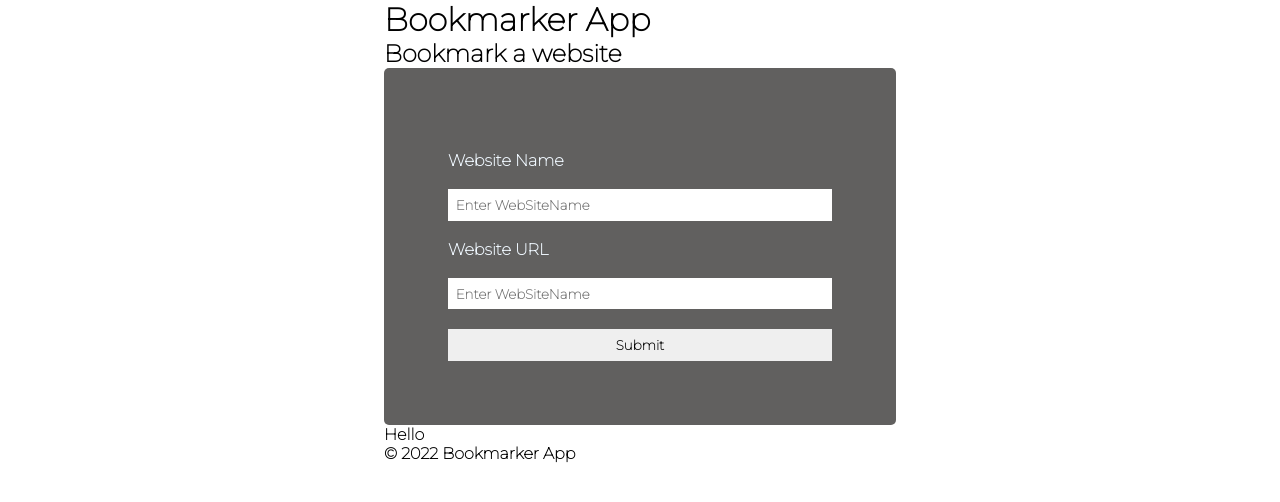
Repository: Suporl9/BookMarkerApp
Page: index.html
An editor plug-in stored every save of this project. The page is shown before and after the next save, followed by the edit.
The browser window is 1280 px wide. The pictures show the whole page.

Above is the page before, as saved 2021-11-21 21:05:05.

### index.html
<!DOCTYPE html>
<html lang="en">
  <head>
    <meta charset="UTF-8" />
    <meta http-equiv="X-UA-Compatible" content="IE=edge" />
    <meta name="viewport" content="width=device-width, initial-scale=1.0" />
    <link rel="stylesheet" href="./style.css" />
    <title>Document</title>
  </head>
  <body>
    <div class="container">
      <div class="innerContainer">
        <div class="ininContainer">
          <div class="bookmarkerSection"><h1>Bookmarker App</h1></div>
          <div class="vh"></div>
          <div class="formInput">
            <form class="formSec">
              <h2>Bookmark a website</h2>
              <div class="sitesec">
                <label class="labc" name="siteName">Website Name</label>
                <input
                  type="text"
                  name="sitename"
                  placeholder="Enter WebSiteName"
                  class="inpClass"
                />
                <label class="labc" name="siteName">Website URL</label>
                <input
                  type="text"
                  name="sitename"
                  class="inpClass"
                  placeholder="Enter WebSiteName"
                />
                <button class="submBtn">Submit</button>
              </div>
            </form>
          </div>
          <div class="toBeAdded">Hello</div>
          <footer class="footer">
            <p>&copy; 2022 Bookmarker App</p>
          </footer>
        </div>
      </div>
    </div>
  </body>
</html>

### style.css
@import url("https://fonts.googleapis.com/css2?family=Montserrat:wght@100&display=swap");

:root {
  --main-bg-color: rgb(255, 255, 255);
  --main-grey: rgb(97, 96, 95);
}
* {
  font-family: "Montserrat", sans-serif;
  box-sizing: border-box; /* includes padding in height and width(the box outside doesnot get bigger when adding padding and stuff)*/
  margin: 0;
  padding: 0;
  font-weight: bold;
  border: none;
}
body {
  width: 80%;
  margin: auto;
}
.container {
  font-family: "Montserrat", sans-serif;

  display: flex;
  justify-content: center;
}
.innerContainer {
  /* display: flex;
  flex-direction: column; */
  width: 50%;
  margin: auto;
  /* justify-content: center;
  align-self: center; */
}
.formSec {
  display: flex;
  flex-direction: column;
  /* width: 0%; */
}
.sitesec {
  display: flex;
  flex-direction: column;
  background-color: var(--main-grey);
  padding: 4rem;
  border-radius: 5px;
  color: aliceblue;
}
.submBtn {
  margin-top: 5%;
  padding: 0.5rem;
}
.inpClass {
  margin-top: 5%;
  padding: 2%;
}
.labc {
  margin-top: 5%;
}
/* .formSec,
.sitesec {
  display: flex;
  flex-direction: column;
} */
/* .sitesec {
  display: flex;
  flex-direction: column;
}
 */

After the next save:
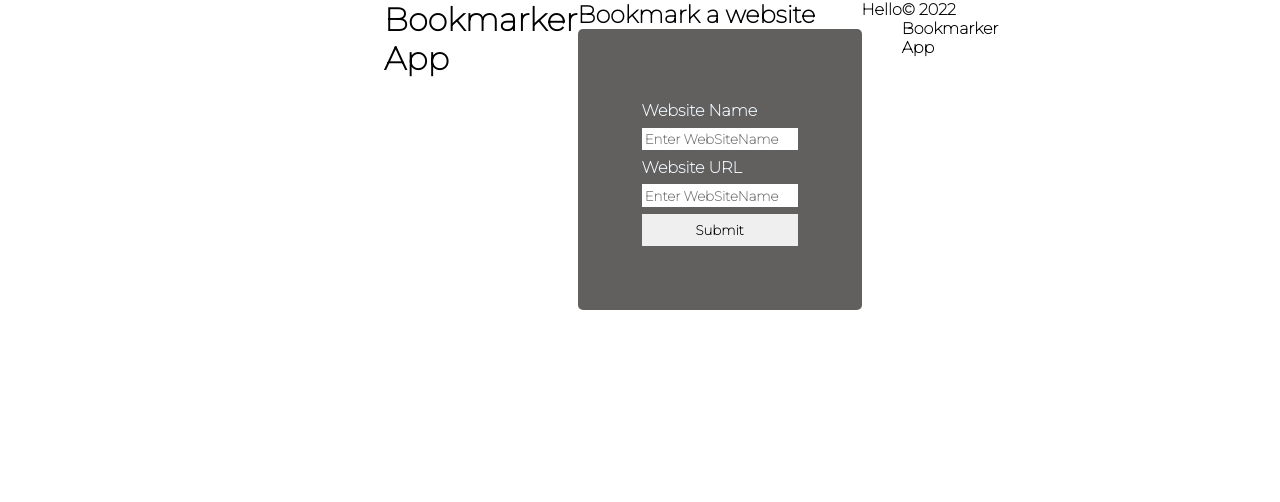
Saved 19 s later.
--- a/style.css
+++ b/style.css
@@ -29,6 +29,9 @@
   margin: auto;
   /* justify-content: center;
   align-self: center; */
+}
+.ininContainer {
+  display: flex;
 }
 .formSec {
   display: flex;

After the save that followed:
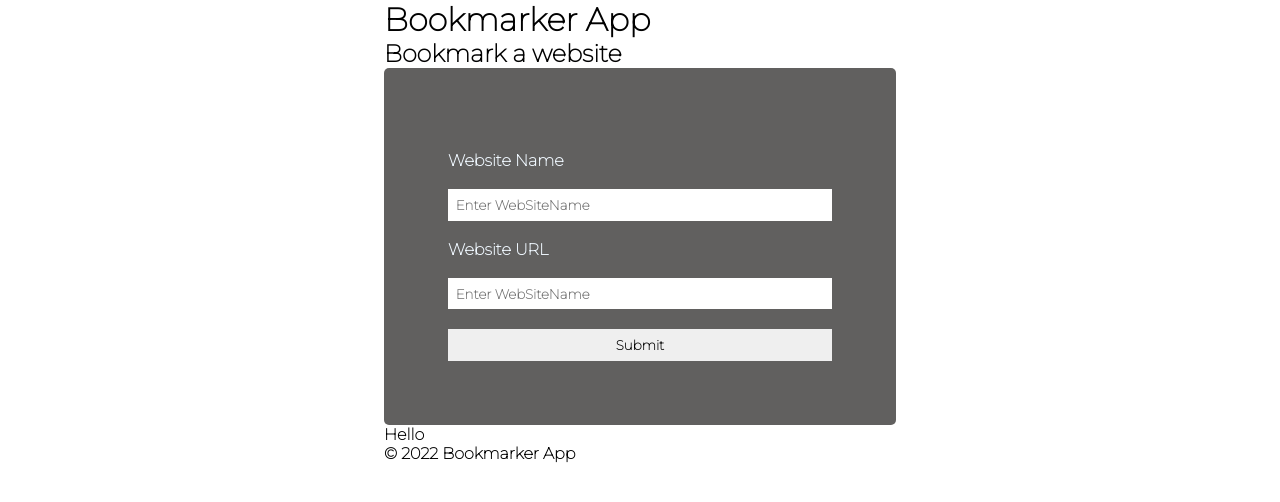
Saved 9 s later.
--- a/style.css
+++ b/style.css
@@ -32,6 +32,7 @@
 }
 .ininContainer {
   display: flex;
+  flex-direction: column;
 }
 .formSec {
   display: flex;
